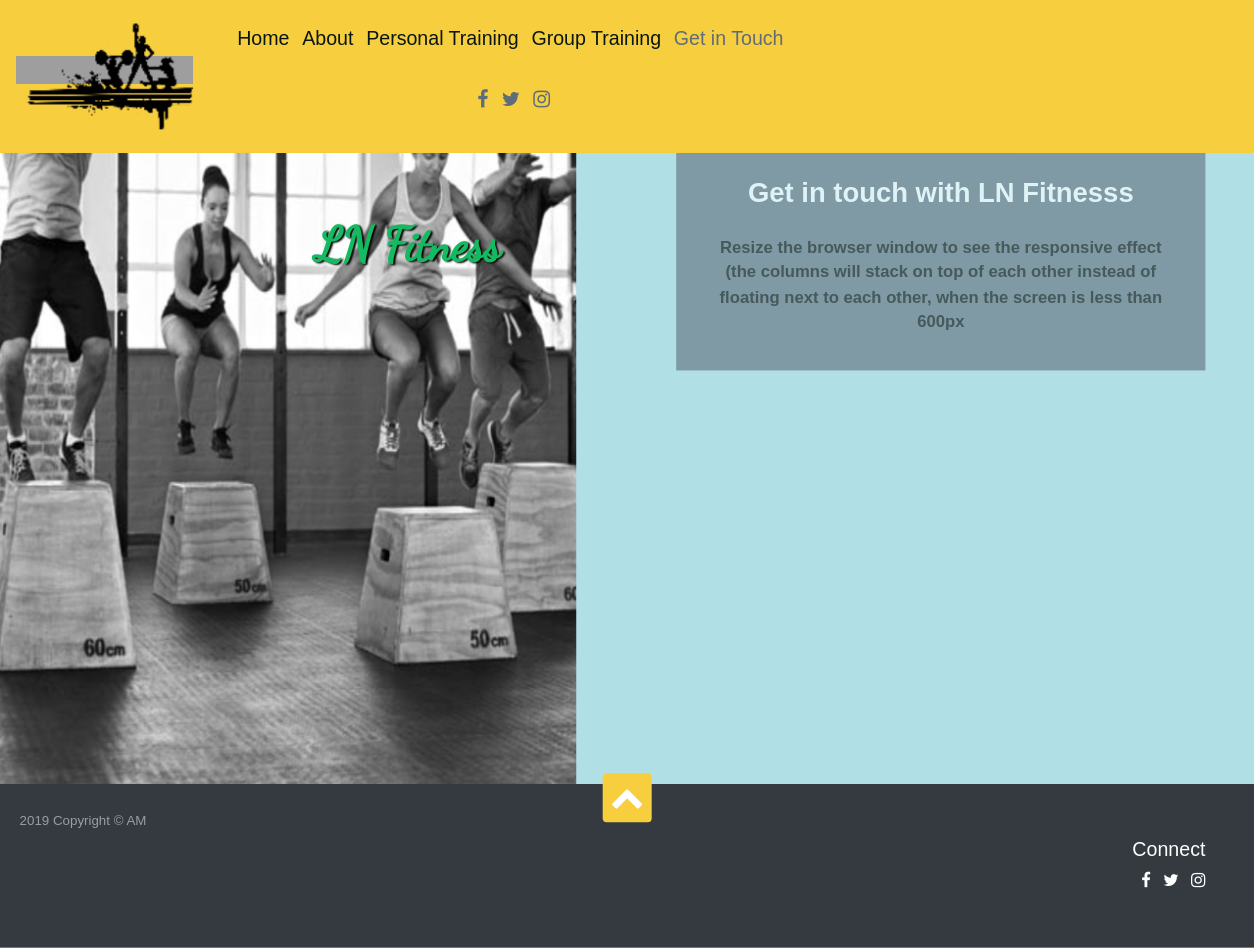
Repository: murphya14/Fitness-webpage
Page: get-in-touch.html
The author's editor kept a record of every edit. The page is drawn from the files as they stood at one moment, then again after the next edit.
The browser window is 1280 px wide. The pictures show the whole page, at 98% of full size.
Pictures or frames that could not be fetched are drawn as grey boxes. Some web libraries are served in a nearby version.

Above is the page before.

After the next edit:
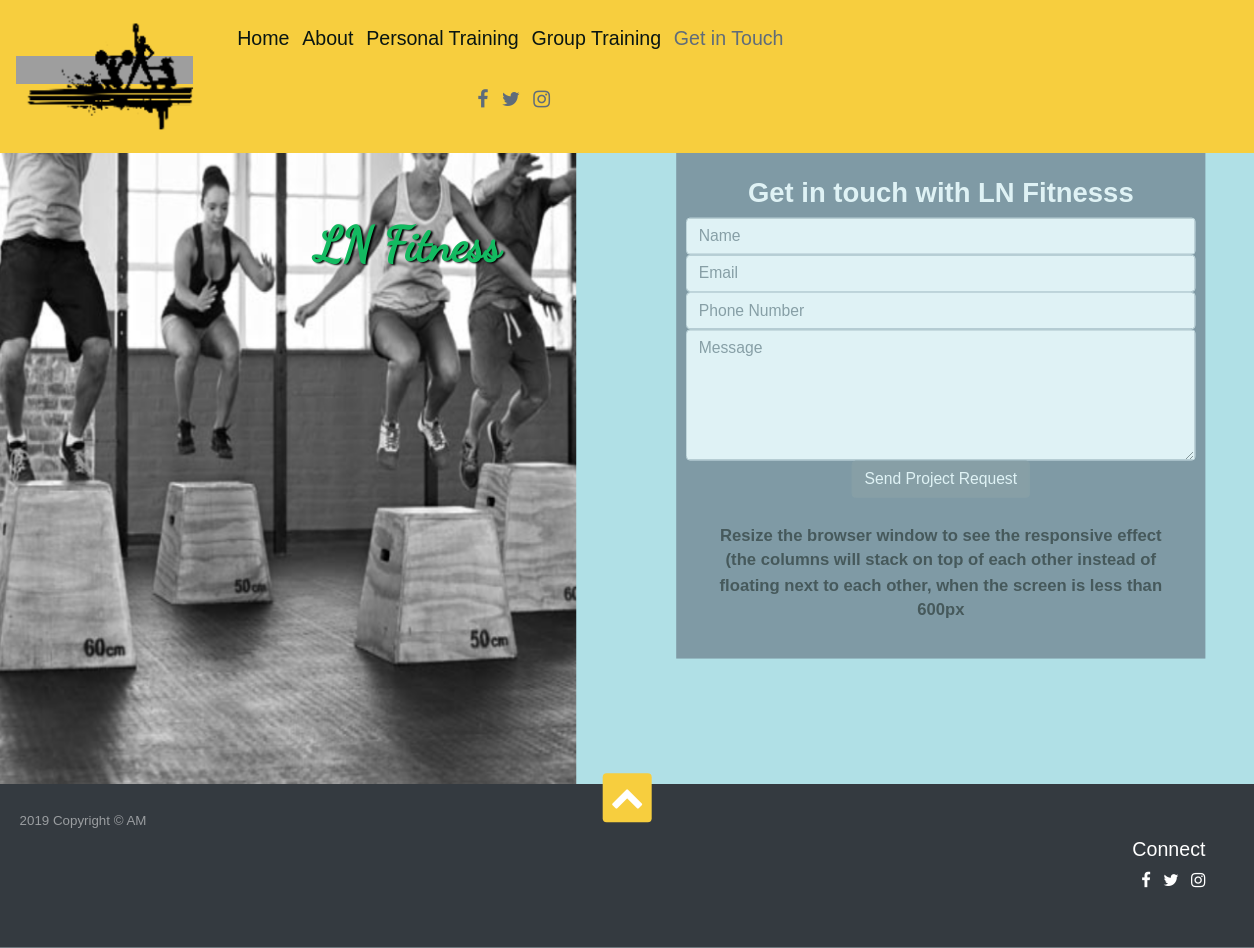
The edit:
--- a/get-in-touch.html
+++ b/get-in-touch.html
@@ -119,6 +119,23 @@
 
   <div class="transbox">
     <h3 class="box-heading section-heading"> Get in touch with LN Fitnesss </h3>
+    <div class="center-form">
+      <form>
+              <input type="text" name="name" id="fullname" class="form-control" placeholder="Name" required />
+                        <input type="email" name="email" id="emailaddress" class="form-control" placeholder="Email" required />
+                        <input type="phonenumber" name="phonenumber" id="phonenumber" class="form-control" placeholder="Phone Number" required />
+                        <textarea rows="5" name="Message" id="message" class="form-control" placeholder="Message" required></textarea>
+                        <div class="form-row text-center">
+                            <div class="col">
+                                <button type="submit" class="btn btn-secondary">Send Project Request</button>
+                            </div>
+
+
+
+      </form>
+
+
+    </div>
 
       <p>
         Resize the browser window to see the responsive effect (the columns will stack on top of each other instead of floating next to each other, when the screen is less than 600px
